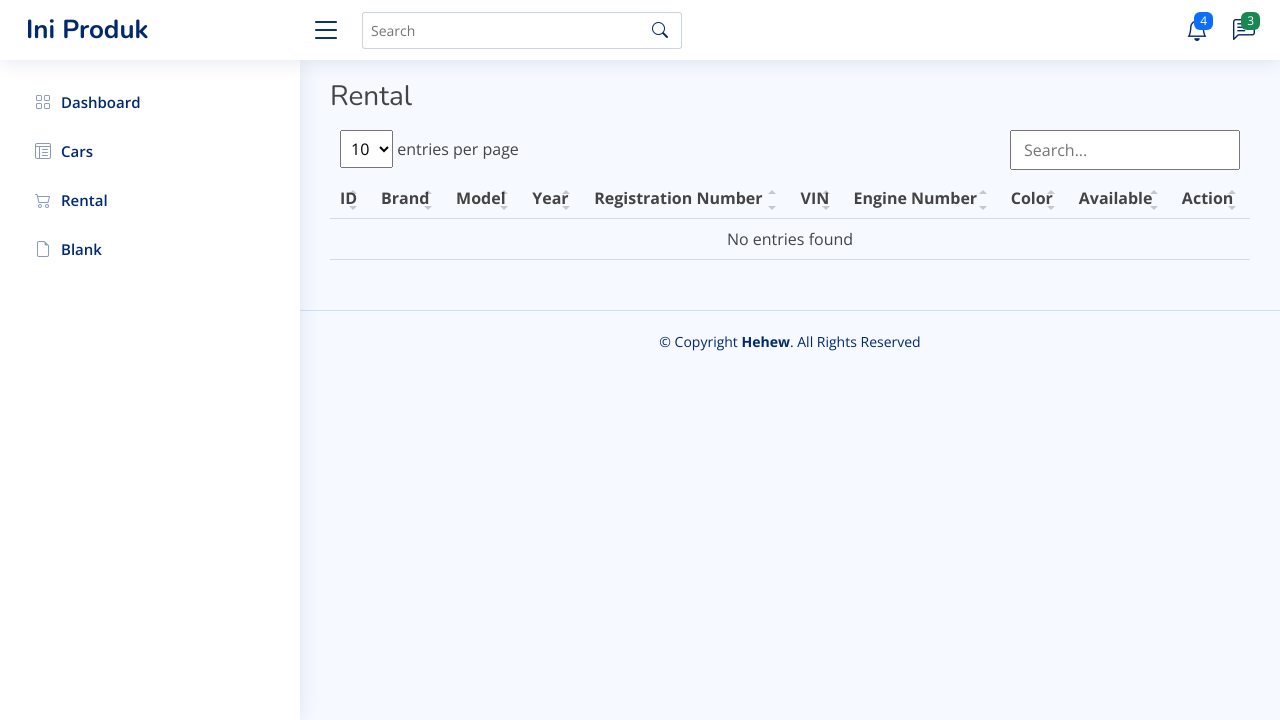
Repository: Jistoper/car_rental
Page: resources/views/backsite/content/rent/renttable.blade.php
The author's editor kept a copy of each file at every save. The page is drawn from the files as they stood at one save, then again after the next save.
The browser window is 1280 px wide. The pictures show the whole page.
The page is served by the project's Laravel application, run on PHP 8.4 with Laravel 9. Other server files are loaded and not shown. The template is opened directly, without the code that normally fills it, so the values that code supplies are empty.

Above is the page before, as saved 2023-06-25 16:16:48.

### routes/web.php
<?php

use Illuminate\Support\Facades\Route;
use App\Http\Controllers\carcontroller;

/*
|--------------------------------------------------------------------------
| Web Routes
|--------------------------------------------------------------------------
|
| Here is where you can register web routes for your application. These
| routes are loaded by the RouteServiceProvider within a group which
| contains the "web" middleware group. Now create something great!
|
*/

Route::get('/dashboard', function () {
    return view('backsite.dashboard');
})->name('dashboard');

Route::controller(CarController::class)->as('car.')->group(function(){
    Route::get('/car', 'getall')->name('getall');
    Route::get('/create', 'create')->name('create');
    Route::post('/create', 'storeCar')->name('store');
    Route::get('/edit', 'editView')->name('edit');
    Route::post('/edit', 'storeEdit')->name('storeEdit');
    Route::delete('/car_delete_', 'delete')->name('delete');

    Route::get('/rent', 'getList')->name('getList');
    Route::get('/rent_car', 'rentView')->name('rentView');
    Route::post('/car/rent/{$car_id}', 'storeRent')->name('storeRent');
});

### resources/views/backsite/content/rent/renttable.blade.php
@extends('backsite.dashboard')

@section('content')

<div>
    <div>
        <h3>Rental</h3>
    </div>
    <table class="table datatable">
        <thead>
          <tr>
            <th scope="col">ID</th>
            <th scope="col">Brand</th>
            <th scope="col">Model</th>
            <th scope="col">Year</th>
            <th scope="col">Registration Number</th>
            <th scope="col">VIN</th>
            <th scope="col">Engine Number</th>
            <th scope="col">Color</th>
            <th scope="col">Available</th>
            <th scope="col">Action</th>
          </tr>
        </thead>
        <tbody>
            @foreach($Cars as $cars)
                <tr>
                    <td>{{ $cars['car_id'] }}</td>
                    <td>{{ $cars['brand'] }}</td>
                    <td>{{ $cars['model'] }}</td>
                    <td>{{ $cars['year'] }}</td>
                    <td>{{ $cars['registration_number'] }}</td>
                    <td>{{ $cars['vin'] }}</td>
                    <td>{{ $cars['engine_number'] }}</td>
                    <td>{{ $cars['color'] }}</td>
                    <td>{{ $cars['is_available'] ? 'Yes' : 'No' }}</td>
                    <td>
                        <form action="{{ route('car.rentView') }}" class="d-inline" method="POST">
                            @csrf
                            @method('GET')
                            <input type="hidden" name="car_id" value="{{ $cars['car_id'] }}">
                            <input type="hidden" name="brand" value="{{ $cars['brand'] }}">
                            <input type="hidden" name="model" value="{{ $cars['model'] }}">
                            <input type="hidden" name="registration_number" value="{{ $cars['registration_number'] }}">
                            <input type="hidden" name="color" value="{{ $cars['color'] }}">
                            <button class="btn btn-sm rounded-pill btn-outline-secondary" type="submit" name='submit'>Rent</button>
                        </form>
                    </td>
                </tr>
            @endforeach
        </tbody>
    </table>
</div>

@endsection

### resources/views/backsite/partials/header.blade.php
<header id="header" class="header fixed-top d-flex align-items-center">
    <div class="d-flex align-items-center justify-content-between">
      <a href="{{ route('dashboard') }}" class="logo d-flex align-items-center">
        <img src="assets/img/logo.png" alt="">
        <span class="d-none d-lg-block">Ini Produk</span>
      </a>
      <i class="bi bi-list toggle-sidebar-btn"></i>
    </div><!-- End Logo -->

    <div class="search-bar">
      <form class="search-form d-flex align-items-center" method="POST" action="#">
        <input type="text" name="query" placeholder="Search" title="Enter search keyword">
        <button type="submit" title="Search"><i class="bi bi-search"></i></button>
      </form>
    </div><!-- End Search Bar -->

    <nav class="header-nav ms-auto">
      <ul class="d-flex align-items-center">

        <li class="nav-item d-block d-lg-none">
          <a class="nav-link nav-icon search-bar-toggle " href="#">
            <i class="bi bi-search"></i>
          </a>
        </li><!-- End Search Icon-->

        <li class="nav-item dropdown">

          <a class="nav-link nav-icon" href="#" data-bs-toggle="dropdown">
            <i class="bi bi-bell"></i>
            <span class="badge bg-primary badge-number">4</span>
          </a><!-- End Notification Icon -->

          <ul class="dropdown-menu dropdown-menu-end dropdown-menu-arrow notifications">
            <li class="dropdown-header">
              You have 4 new notifications
              <a href="#"><span class="badge rounded-pill bg-primary p-2 ms-2">View all</span></a>
            </li>
            <li>
              <hr class="dropdown-divider">
            </li>

            <li class="notification-item">
              <i class="bi bi-exclamation-circle text-warning"></i>
              <div>
                <h4>Lorem Ipsum</h4>
                <p>Quae dolorem earum veritatis oditseno</p>
                <p>30 min. ago</p>
              </div>
            </li>

            <li>
              <hr class="dropdown-divider">
            </li>

            <li class="notification-item">
              <i class="bi bi-x-circle text-danger"></i>
              <div>
                <h4>Atque rerum nesciunt</h4>
                <p>Quae dolorem earum veritatis oditseno</p>
                <p>1 hr. ago</p>
              </div>
            </li>

            <li>
              <hr class="dropdown-divider">
            </li>

            <li class="notification-item">
              <i class="bi bi-check-circle text-success"></i>
              <div>
                <h4>Sit rerum fuga</h4>
                <p>Quae dolorem earum veritatis oditseno</p>
                <p>2 hrs. ago</p>
              </div>
            </li>

            <li>
              <hr class="dropdown-divider">
            </li>

            <li class="notification-item">
              <i class="bi bi-info-circle text-primary"></i>
              <div>
                <h4>Dicta reprehenderit</h4>
                <p>Quae dolorem earum veritatis oditseno</p>
                <p>4 hrs. ago</p>
              </div>
            </li>

            <li>
              <hr class="dropdown-divider">
            </li>
            <li class="dropdown-footer">
              <a href="#">Show all notifications</a>
            </li>

          </ul><!-- End Notification Dropdown Items -->

        </li><!-- End Notification Nav -->

        <li class="nav-item dropdown">

          <a class="nav-link nav-icon" href="#" data-bs-toggle="dropdown">
            <i class="bi bi-chat-left-text"></i>
            <span class="badge bg-success badge-number">3</span>
          </a><!-- End Messages Icon -->

          <ul class="dropdown-menu dropdown-menu-end dropdown-menu-arrow messages">
            <li class="dropdown-header">
              You have 3 new messages
              <a href="#"><span class="badge rounded-pill bg-primary p-2 ms-2">View all</span></a>
            </li>
            <li>
              <hr class="dropdown-divider">
            </li>

            <li class="message-item">
              <a href="#">
                <img src="assets/img/messages-1.jpg" alt="" class="rounded-circle">
                <div>
                  <h4>Maria Hudson</h4>
                  <p>Velit asperiores et ducimus soluta repudiandae labore officia est ut...</p>
                  <p>4 hrs. ago</p>
                </div>
              </a>
            </li>
            <li>
              <hr class="dropdown-divider">
            </li>

            <li class="message-item">
              <a href="#">
                <img src="assets/img/messages-2.jpg" alt="" class="rounded-circle">
                <div>
                  <h4>Anna Nelson</h4>
                  <p>Velit asperiores et ducimus soluta repudiandae labore officia est ut...</p>
                  <p>6 hrs. ago</p>
                </div>
              </a>
            </li>
            <li>
              <hr class="dropdown-divider">
            </li>

            <li class="message-item">
              <a href="#">
                <img src="assets/img/messages-3.jpg" alt="" class="rounded-circle">
                <div>
                  <h4>David Muldon</h4>
                  <p>Velit asperiores et ducimus soluta repudiandae labore officia est ut...</p>
                  <p>8 hrs. ago</p>
                </div>
              </a>
            </li>
            <li>
              <hr class="dropdown-divider">
            </li>

            <li class="dropdown-footer">
              <a href="#">Show all messages</a>
            </li>

          </ul><!-- End Messages Dropdown Items -->

        </li><!-- End Messages Nav -->

        {{-- <li class="nav-item dropdown pe-3">

          <a class="nav-link nav-profile d-flex align-items-center pe-0" href="#" data-bs-toggle="dropdown">
            <img src="assets/img/profile-img.jpg" alt="Profile" class="rounded-circle">
            <span class="d-none d-md-block dropdown-toggle ps-2">K. Anderson</span>
          </a>

          <ul class="dropdown-menu dropdown-menu-end dropdown-menu-arrow profile">
            <li class="dropdown-header">
              <h6>Kevin Anderson</h6>
              <span>Web Designer</span>
            </li>
            <li>
              <hr class="dropdown-divider">
            </li>

            <li>
              <a class="dropdown-item d-flex align-items-center" href="users-profile.html">
                <i class="bi bi-person"></i>
                <span>My Profile</span>
              </a>
            </li>
            <li>
              <hr class="dropdown-divider">
            </li>

            <li>
              <a class="dropdown-item d-flex align-items-center" href="users-profile.html">
                <i class="bi bi-gear"></i>
                <span>Account Settings</span>
              </a>
            </li>
            <li>
              <hr class="dropdown-divider">
            </li>

            <li>
              <a class="dropdown-item d-flex align-items-center" href="pages-faq.html">
                <i class="bi bi-question-circle"></i>
                <span>Need Help?</span>
              </a>
            </li>
            <li>
              <hr class="dropdown-divider">
            </li>

            <li>
              <a class="dropdown-item d-flex align-items-center" href="#">
                <i class="bi bi-box-arrow-right"></i>
                <span>Sign Out</span>
              </a>
            </li>

          </ul><!-- End Profile Dropdown Items -->
        </li><!-- End Profile Nav --> --}}

      </ul>
    </nav><!-- End Icons Navigation -->
</header>

### resources/views/backsite/partials/sidebar.blade.php
<aside id="sidebar" class="sidebar">

    <ul class="sidebar-nav" id="sidebar-nav">

      <li class="nav-item">
        <a class="nav-link collapsed" href="{{ route('dashboard') }}">
          <i class="bi bi-grid"></i>
          <span>Dashboard</span>
        </a>
      </li><!-- End Dashboard Nav -->

      <li class="nav-item">
        <a class="nav-link collapsed" href="{{ route('car.getall') }}">
          <i class="bi bi-layout-text-window-reverse"></i><span>Cars</span>
        </a>
      </li>

      <li class="nav-item">
        <a class="nav-link collapsed" href="{{ route('car.getList') }}">
          <i class="bi bi-cart2"></i><span>Rental</span>
        </a>
      </li>

      {{-- <li class="nav-item">
        <a class="nav-link collapsed" data-bs-target="#forms-nav" data-bs-toggle="collapse" href="#">
          <i class="bi bi-journal-text"></i><span>Forms</span><i class="bi bi-chevron-down ms-auto"></i>
        </a>
        <ul id="forms-nav" class="nav-content collapse " data-bs-parent="#sidebar-nav">
          <li>
            <a href="forms-elements.html">
              <i class="bi bi-circle"></i><span>Form Elements</span>
            </a>
          </li>
          <li>
            <a href="forms-layouts.html">
              <i class="bi bi-circle"></i><span>Form Layouts</span>
            </a>
          </li>
          <li>
            <a href="forms-editors.html">
              <i class="bi bi-circle"></i><span>Form Editors</span>
            </a>
          </li>
          <li>
            <a href="forms-validation.html">
              <i class="bi bi-circle"></i><span>Form Validation</span>
            </a>
          </li>
        </ul>
      </li>

      <li class="nav-item">
        <a class="nav-link collapsed" data-bs-target="#icons-nav" data-bs-toggle="collapse" href="#">
          <i class="bi bi-gem"></i><span>Icons</span><i class="bi bi-chevron-down ms-auto"></i>
        </a>
        <ul id="icons-nav" class="nav-content collapse " data-bs-parent="#sidebar-nav">
          <li>
            <a href="icons-bootstrap.html">
              <i class="bi bi-circle"></i><span>Bootstrap Icons</span>
            </a>
          </li>
          <li>
            <a href="icons-remix.html">
              <i class="bi bi-circle"></i><span>Remix Icons</span>
            </a>
          </li>
          <li>
            <a href="icons-boxicons.html">
              <i class="bi bi-circle"></i><span>Boxicons</span>
            </a>
          </li>
        </ul>
      </li>

      <li class="nav-heading">Pages</li>

      <li class="nav-item">
        <a class="nav-link collapsed" href="users-profile.html">
          <i class="bi bi-person"></i>
          <span>Profile</span>
        </a>
      </li>

      <li class="nav-item">
        <a class="nav-link collapsed" href="pages-faq.html">
          <i class="bi bi-question-circle"></i>
          <span>F.A.Q</span>
        </a>
      </li>

      <li class="nav-item">
        <a class="nav-link collapsed" href="pages-contact.html">
          <i class="bi bi-envelope"></i>
          <span>Contact</span>
        </a>
      </li>

      <li class="nav-item">
        <a class="nav-link collapsed" href="pages-register.html">
          <i class="bi bi-card-list"></i>
          <span>Register</span>
        </a>
      </li>

      <li class="nav-item">
        <a class="nav-link collapsed" href="pages-login.html">
          <i class="bi bi-box-arrow-in-right"></i>
          <span>Login</span>
        </a>
      </li>

      <li class="nav-item">
        <a class="nav-link collapsed" href="pages-error-404.html">
          <i class="bi bi-dash-circle"></i>
          <span>Error 404</span>
        </a>
      </li> --}}

      <li class="nav-item">
        <a class="nav-link collapsed" href="pages-blank.html">
          <i class="bi bi-file-earmark"></i>
          <span>Blank</span>
        </a>
      </li>

    </ul>

  </aside><!-- End Sidebar-->

### public/assets/simple-datatables/style.css
.datatable-wrapper.no-header .datatable-container {
	border-top: 1px solid #d9d9d9;
}

.datatable-wrapper.no-footer .datatable-container {
	border-bottom: 1px solid #d9d9d9;
}

.datatable-top,
.datatable-bottom {
	padding: 8px 10px;
}

.datatable-top > nav:first-child,
.datatable-top > div:first-child,
.datatable-bottom > nav:first-child,
.datatable-bottom > div:first-child {
	float: left;
}

.datatable-top > nav:last-child,
.datatable-top > div:last-child,
.datatable-bottom > nav:last-child,
.datatable-bottom > div:last-child {
	float: right;
}

.datatable-selector {
	padding: 6px;
}

.datatable-input {
	padding: 6px 12px;
}

.datatable-info {
	margin: 7px 0;
}

/* PAGER */
.datatable-pagination ul {
	margin: 0;
	padding-left: 0;
}

.datatable-pagination li {
	list-style: none;
	float: left;
}

.datatable-pagination li.datatable-hidden {
    visibility: hidden;
}

.datatable-pagination a {
	border: 1px solid transparent;
	float: left;
	margin-left: 2px;
	padding: 6px 12px;
	position: relative;
	text-decoration: none;
	color: #333;
    cursor: pointer;
}

.datatable-pagination a:hover {
	background-color: #d9d9d9;
}

.datatable-pagination .datatable-active a,
.datatable-pagination .datatable-active a:focus,
.datatable-pagination .datatable-active a:hover {
	background-color: #d9d9d9;
	cursor: default;
}

.datatable-pagination .datatable-ellipsis a,
.datatable-pagination .datatable-disabled a,
.datatable-pagination .datatable-disabled a:focus,
.datatable-pagination .datatable-disabled a:hover {
    pointer-events: none;
    cursor: default;
}

.datatable-pagination .datatable-disabled a,
.datatable-pagination .datatable-disabled a:focus,
.datatable-pagination .datatable-disabled a:hover {
	cursor: not-allowed;
	opacity: 0.4;
}

.datatable-pagination .datatable-pagination a {
	font-weight: bold;
}

/* TABLE */
.datatable-table {
	max-width: 100%;
	width: 100%;
	border-spacing: 0;
	border-collapse: separate;
}

.datatable-table > tbody > tr > td,
.datatable-table > tbody > tr > th,
.datatable-table > tfoot > tr > td,
.datatable-table > tfoot > tr > th,
.datatable-table > thead > tr > td,
.datatable-table > thead > tr > th {
	vertical-align: top;
	padding: 8px 10px;
}

.datatable-table > thead > tr > th {
	vertical-align: bottom;
	text-align: left;
	border-bottom: 1px solid #d9d9d9;
}

.datatable-table > tfoot > tr > th {
	vertical-align: bottom;
	text-align: left;
	border-top: 1px solid #d9d9d9;
}

.datatable-table th {
	vertical-align: bottom;
	text-align: left;
}

.datatable-table th a {
	text-decoration: none;
	color: inherit;
}

.datatable-sorter, .datatable-filter {
	display: inline-block;
	height: 100%;
	position: relative;
	width: 100%;
}

.datatable-sorter::before,
.datatable-sorter::after {
	content: "";
	height: 0;
	width: 0;
	position: absolute;
	right: 4px;
	border-left: 4px solid transparent;
	border-right: 4px solid transparent;
	opacity: 0.2;
}


.datatable-sorter::before {
	border-top: 4px solid #000;
	bottom: 0px;
}

.datatable-sorter::after {
	border-bottom: 4px solid #000;
	border-top: 4px solid transparent;
	top: 0px;
}

.datatable-ascending .datatable-sorter::after,
.datatable-descending .datatable-sorter::before,
.datatable-ascending .datatable-filter::after,
.datatable-descending .datatable-filter::before {
	opacity: 0.6;
}

.datatable-filter::before {
    content: "";
    position: absolute;
    right: 4px;
    opacity: 0.2;
    width: 0;
    height: 0;
    border-left: 7px solid transparent;
    border-right: 7px solid transparent;
	border-radius: 50%;
    border-top: 10px solid #000;
    top: 25%;
}

.datatable-filter-active .datatable-filter::before {
    opacity: 0.6;
}

.datatable-empty {
	text-align: center;
}

.datatable-top::after, .datatable-bottom::after {
	clear: both;
	content: " ";
	display: table;
}

table.datatable-table:focus tr.datatable-cursor > td:first-child {
	border-left: 3px blue solid;
}

table.datatable-table:focus {
	outline: solid 1px black;
    outline-offset: -1px;
}

Loaded but not shown: public/assets/bootstrap/css/bootstrap.min.css (library); public/assets/bootstrap-icons/bootstrap-icons.css (library); public/assets/boxicons/css/boxicons.min.css (library); public/assets/apexcharts/apexcharts.min.js (library); public/assets/bootstrap/js/bootstrap.bundle.min.js (library); public/assets/chart.js/chart.umd.js (library); public/assets/echarts/echarts.min.js (library); public/assets/quill/quill.min.js (library); public/assets/simple-datatables/simple-datatables.js (library); public/assets/tinymce/tinymce.min.js (library); public/js/main.js (321 lines, source omitted); public/assets/php-email-form/validate.js (85 lines, source omitted); public/assets/remixicon/remixicon.css (2526 lines, source omitted); resources/views/backsite/dashboard.blade.php (740 lines, source omitted); public/assets/quill/quill.bubble.css (952 lines, source omitted); public/assets/quill/quill.snow.css (945 lines, source omitted); public/css/style.css (1233 lines, source omitted)

After the next save:
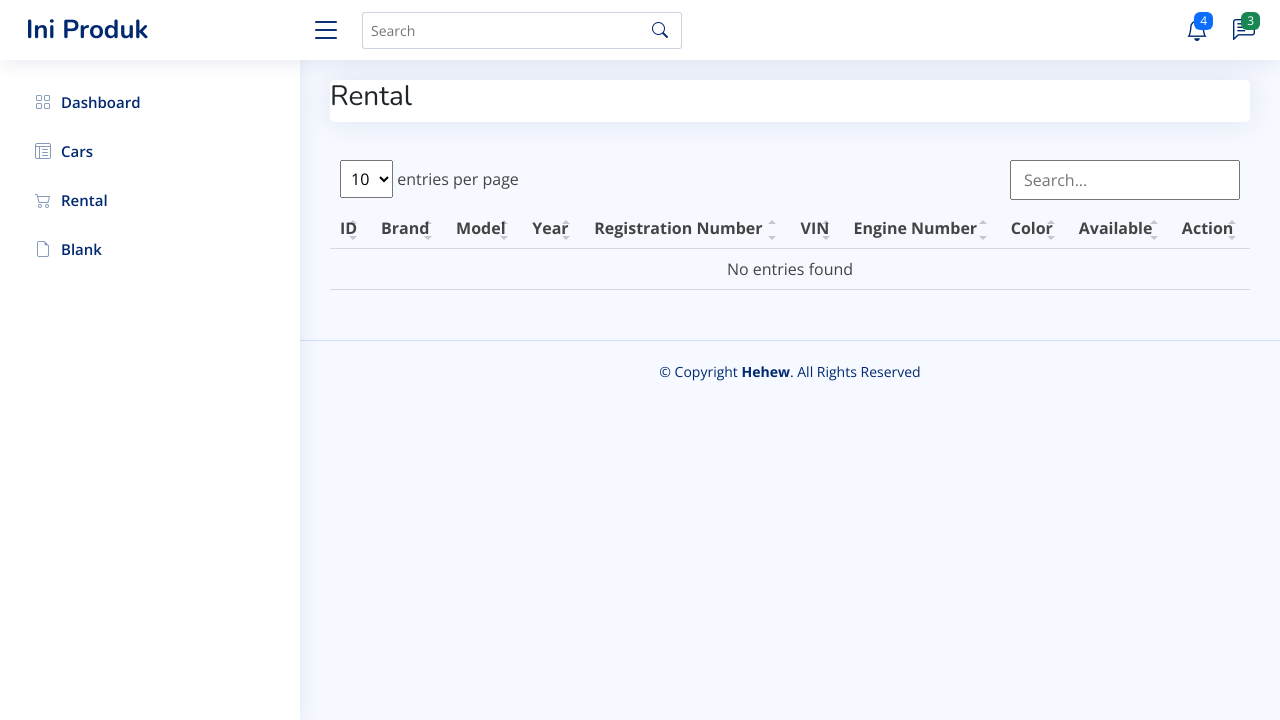
Saved 15 s later.
--- a/resources/views/backsite/content/rent/renttable.blade.php
+++ b/resources/views/backsite/content/rent/renttable.blade.php
@@ -3,7 +3,7 @@
 @section('content')
 
 <div>
-    <div>
+    <div class="card">
         <h3>Rental</h3>
     </div>
     <table class="table datatable">
